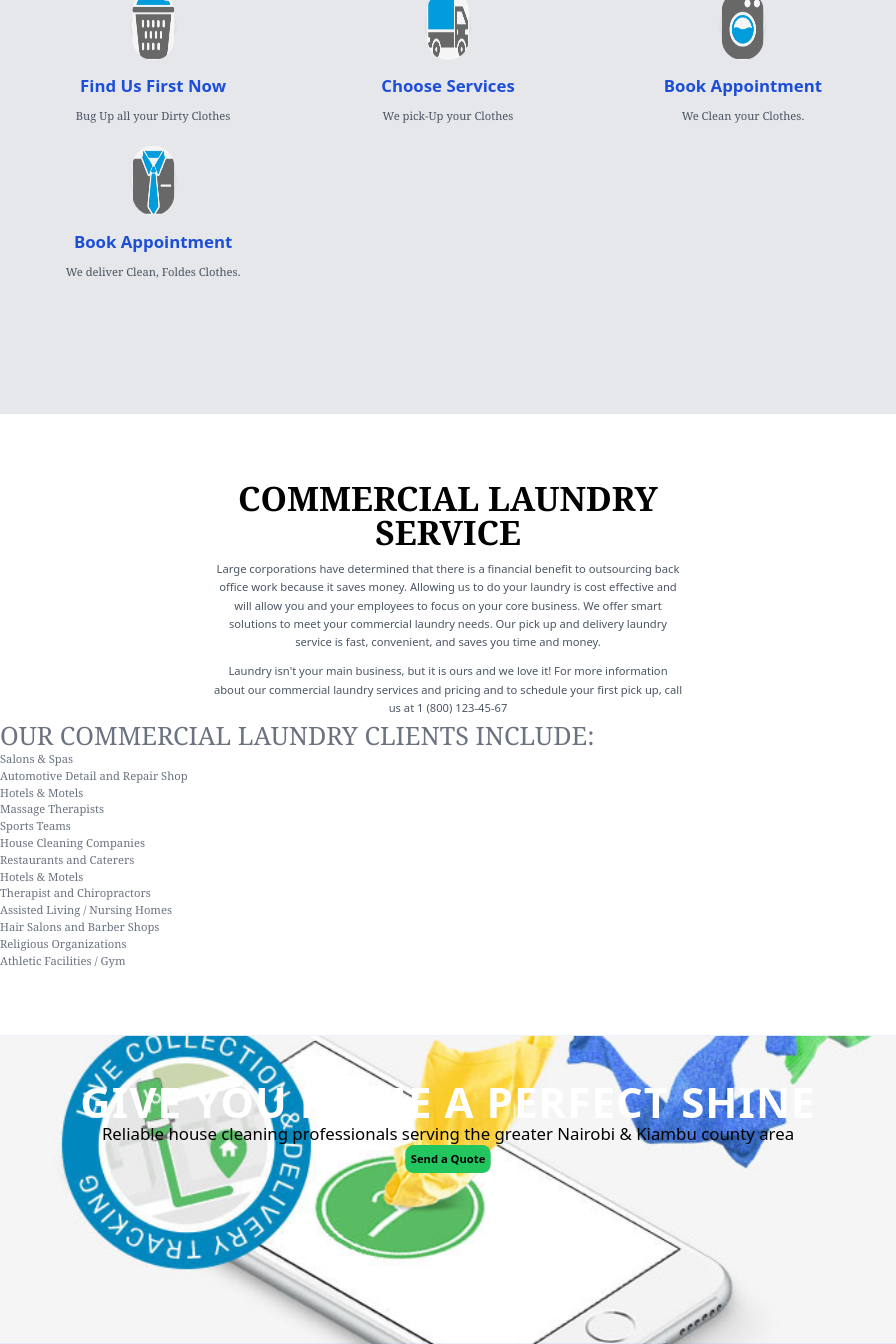
Repository: remydev47/smartlaundry
Page: /
These files come from the project's save history. The page is drawn as it stood at one moment and after the next save; the edit follows.
The browser window is 1280 px wide. The pictures show the part of the page from y = 2877 to 4797 px (the page is 4797 px tall), at 70% of full size.
The project was rebuilt for these pictures with package versions that can differ from the ones it lists, and the page was loaded fresh each time. The framework's server and built-in components were replaced by stand-ins that run in the browser. Also part of the build but not shown: next.config.js, components/Prices.tsx, components/Reasons.tsx, components/Testimonial.tsx, components/Pricing.tsx, components/Footer.tsx.

Above is the page before, as saved 2022-10-24 16:33:40.

After the next save:
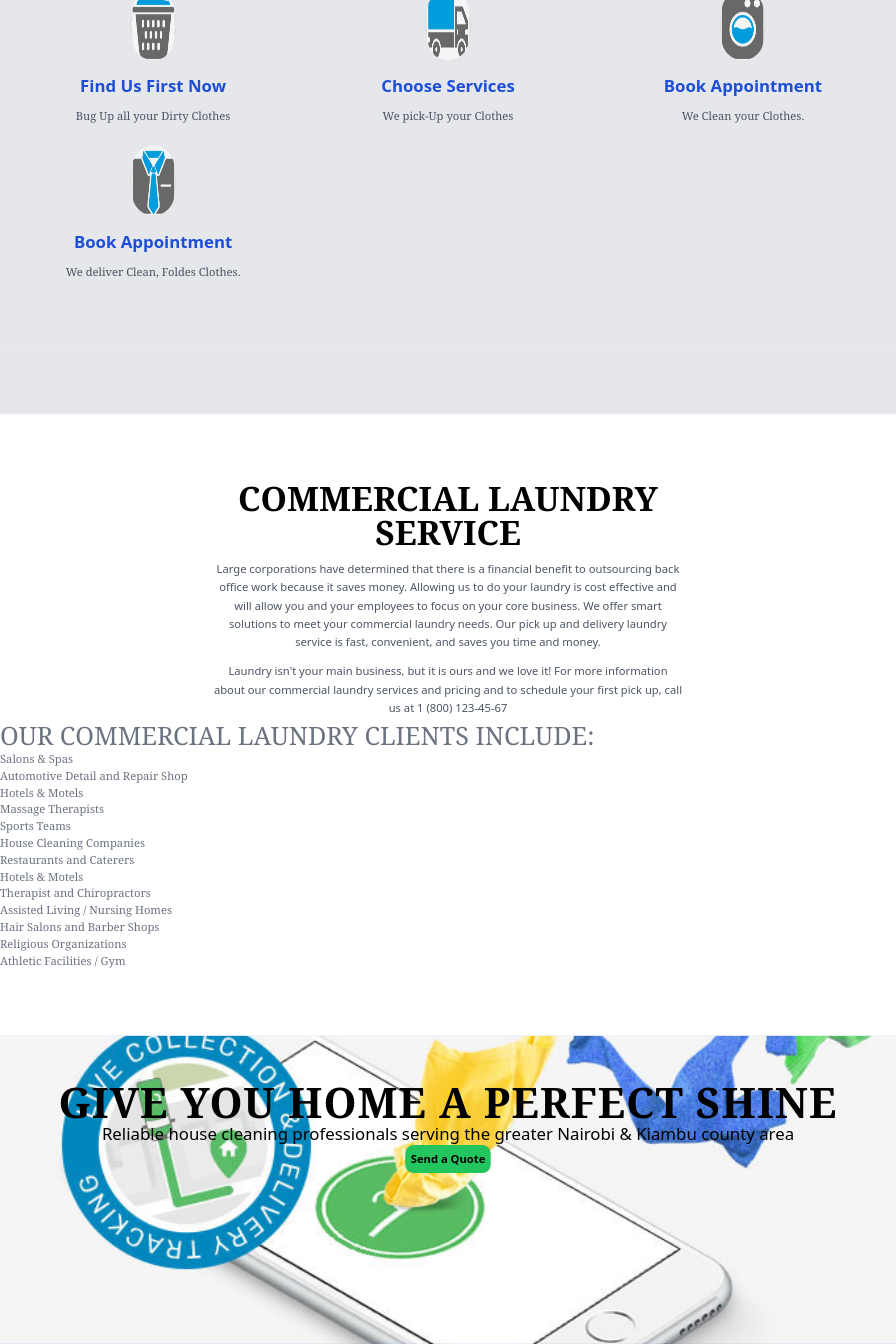
Saved 49 s later.
--- a/components/Banner.tsx
+++ b/components/Banner.tsx
@@ -27,7 +27,7 @@ const Banner = () => {
 }
 
 const styles ={
-  innerbanner:`text-3xl font-extrabold uppercase tracking-wide text-white sm:text-4xl md:text-5xl lg:text-6xl`,
+  innerbanner:`text-2xl font-bold font-serif uppercase tracking-wide text-black sm:text-4xl md:text-5xl lg:text-6xl`,
 }
 
 export default Banner
